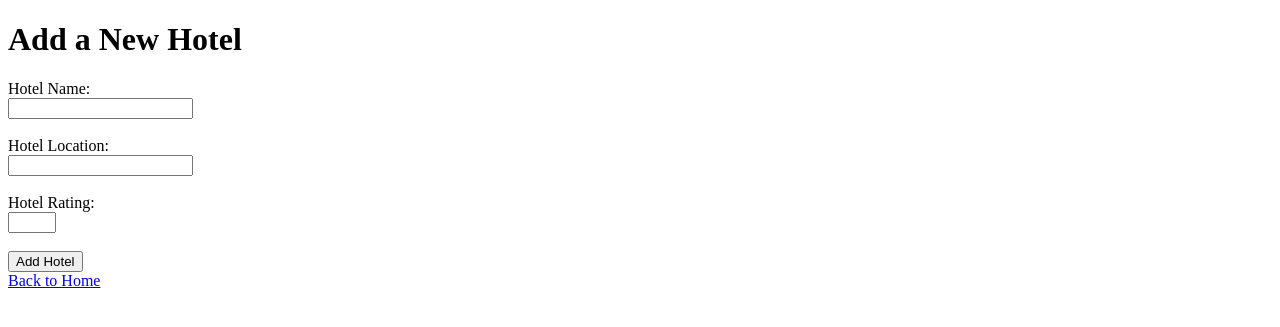
Repository: Trikisalem/examentp_jakarta
Page: http://localhost/hotel/addHotel.jsp
The author's editor kept a copy of each file at every save. The page is drawn from the files as they stood at one save, then again after the next save.
The browser window is 1280 px wide. The pictures show the whole page.
The page is served by Tomcat 10. Nobody is signed in. The application's start-up code is not run.

Above is the page before, as saved 2024-12-17 10:44:46.

After the next save:
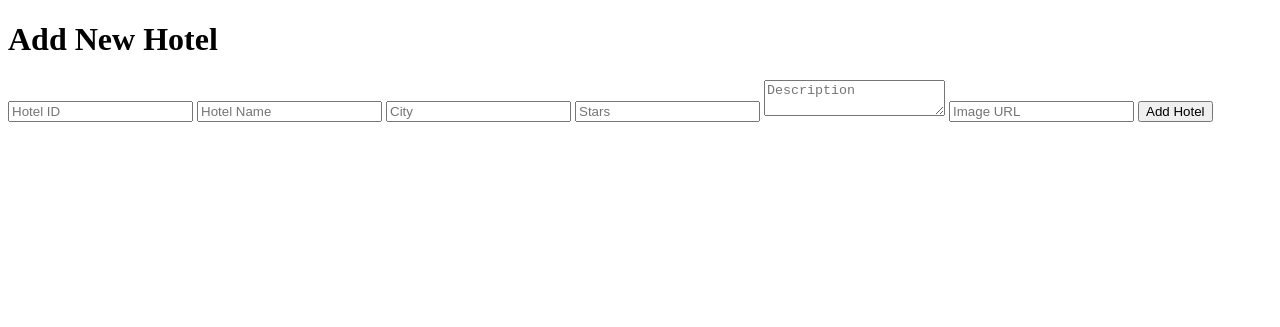
Saved 108 s later.
--- a/hotel/src/main/webapp/addHotel.jsp
+++ b/hotel/src/main/webapp/addHotel.jsp
@@ -1,24 +1,86 @@
 <%@ page language="java" contentType="text/html; charset=UTF-8" pageEncoding="UTF-8"%>
+<%@ page import="java.sql.*" %>
+<%@ page import="java.util.*" %>
 <!DOCTYPE html>
-<html>
+<html lang="en">
 <head>
     <meta charset="UTF-8">
+    <meta name="viewport" content="width=device-width, initial-scale=1.0">
     <title>Add Hotel</title>
 </head>
 <body>
-    <h1>Add a New Hotel</h1>
-    <form action="addHotel" method="POST">
-        <label for="hotelName">Hotel Name:</label><br>
-        <input type="text" id="hotelName" name="hotelName" required><br><br>
 
-        <label for="hotelLocation">Hotel Location:</label><br>
-        <input type="text" id="hotelLocation" name="hotelLocation" required><br><br>
+<h1>Add New Hotel</h1>
 
-        <label for="hotelRating">Hotel Rating:</label><br>
-        <input type="number" id="hotelRating" name="hotelRating" min="1" max="5" required><br><br>
+<%
+    if ("POST".equalsIgnoreCase(request.getMethod())) {
+        String idStr = request.getParameter("id");
+        String name = request.getParameter("name");
+        String city = request.getParameter("city");
+        String starsStr = request.getParameter("stars");
+        String description = request.getParameter("description");
+        String image = request.getParameter("image");
 
-        <input type="submit" value="Add Hotel">
-    </form>
-    <a href="index.jsp">Back to Home</a>
+        // Validation des données
+        if (idStr == null || idStr.trim().isEmpty()) {
+            out.println("<p>Error: Hotel ID is required.</p>");
+            return;
+        }
+
+        try {
+            int id = Integer.parseInt(idStr);
+            int stars = Integer.parseInt(starsStr);
+
+            // Connexion à la base de données
+            String url = "jdbc:mysql://localhost:3306/hotel_management";
+            String user = "root";
+            String password = "triki";
+            Connection conn = null;
+            PreparedStatement stmt = null;
+
+            try {
+                Class.forName("com.mysql.cj.jdbc.Driver");
+                conn = DriverManager.getConnection(url, user, password);
+
+                String insertQuery = "INSERT INTO Hotel (id, name, city, stars, description, image) VALUES (?, ?, ?, ?, ?, ?)";
+                stmt = conn.prepareStatement(insertQuery);
+                stmt.setInt(1, id);
+                stmt.setString(2, name);
+                stmt.setString(3, city);
+                stmt.setInt(4, stars);
+                stmt.setString(5, description);
+                stmt.setString(6, image);
+
+                int result = stmt.executeUpdate();
+                if (result > 0) {
+                    out.println("<p>Hotel added successfully!</p>");
+                } else {
+                    out.println("<p>Error adding hotel.</p>");
+                }
+
+            } catch (Exception e) {
+                e.printStackTrace();
+                out.println("<p>Error: " + e.getMessage() + "</p>");
+            } finally {
+                if (stmt != null) try { stmt.close(); } catch (SQLException e) {}
+                if (conn != null) try { conn.close(); } catch (SQLException e) {}
+            }
+        } catch (NumberFormatException e) {
+            out.println("<p>Error: Invalid number format for ID or Stars.</p>");
+        }
+    }
+%>
+
+<!-- Formulaire d'ajout d'hôtel -->
+<form method="post" action="addHotel.jsp">
+    <input type="number" name="id" placeholder="Hotel ID" required />
+    <input type="text" name="name" placeholder="Hotel Name" required />
+    <input type="text" name="city" placeholder="City" required />
+    <input type="number" name="stars" placeholder="Stars" required />
+    <textarea name="description" placeholder="Description" required></textarea>
+    <input type="text" name="image" placeholder="Image URL" required />
+    <button type="submit">Add Hotel</button>
+</form>
+
 </body>
 </html>
